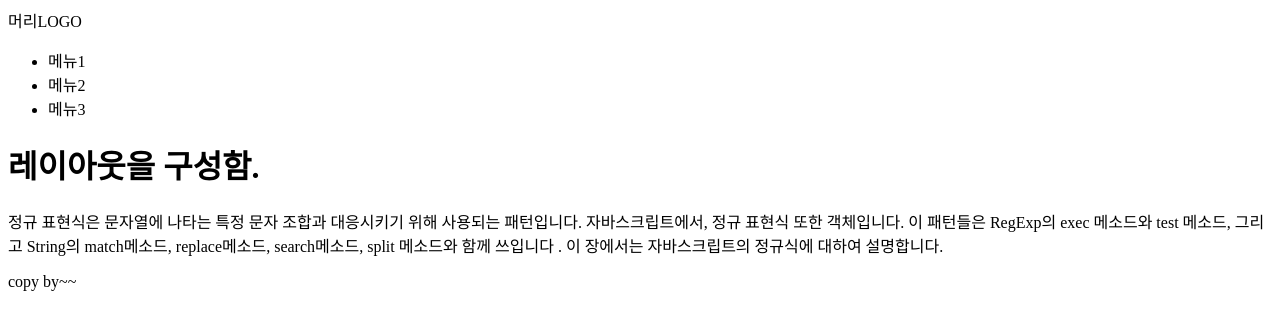
Repository: yoojisoo/YONSAI
Page: http://localhost/teatJava/
The author's editor kept a copy of each file at every save. The page is drawn from the files as they stood at one save, then again after the next save.
The browser window is 1280 px wide. The pictures show the whole page.
The page is served by Tomcat 9.

Above is the page before, as saved 2021-08-23 05:11:25.

After the next save:
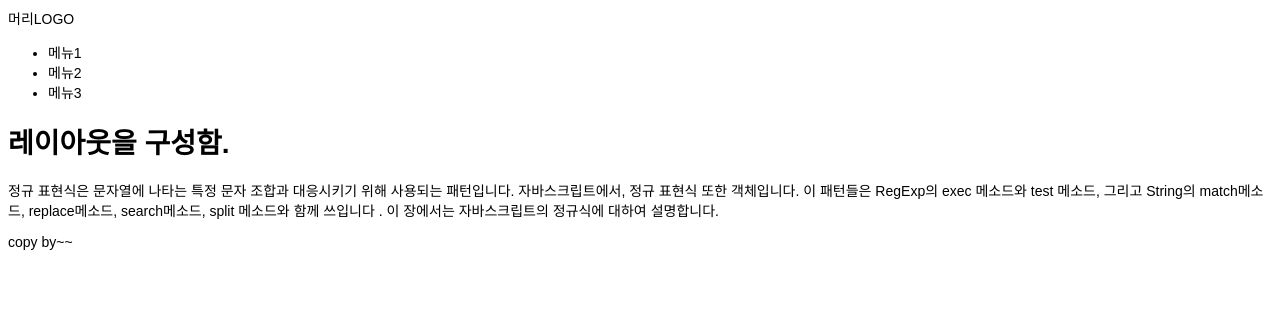
Saved 98 s later.
--- a/jsworkspace/teatJava/src/main/webapp/index.jsp
+++ b/jsworkspace/teatJava/src/main/webapp/index.jsp
@@ -4,7 +4,15 @@
 <html>
 <head>
 <meta charset="UTF-8">
-<title>Insert title here</title>
+<title>웹페이지 레이아웃</title>
+<style>
+	body{
+		font:14px Arial
+	}
+
+
+</style>
+
 </head>
 <body>
 	<div class="fram">
